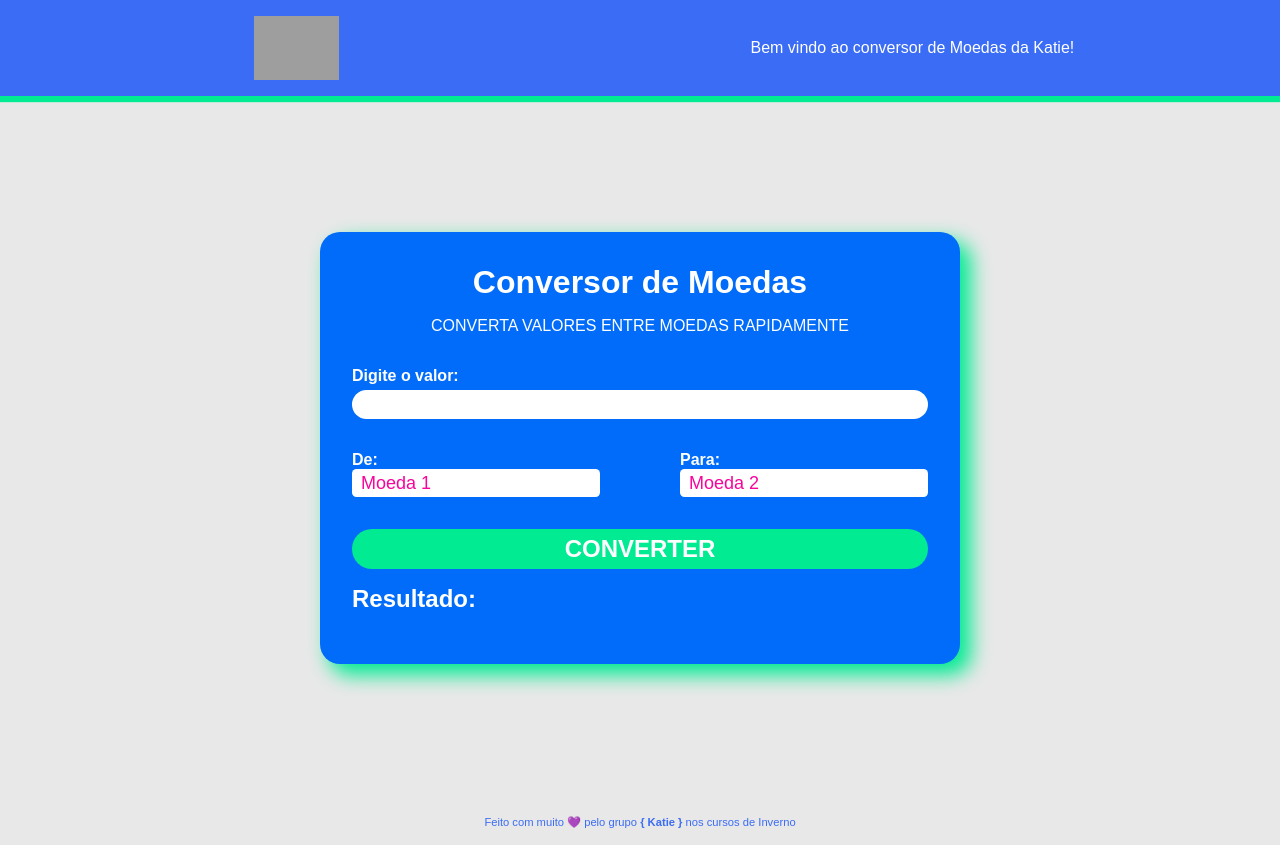
Repository: willamesalmeida/Conversor-de-Moedas
Page: index.html
An editor plug-in stored every save of this project. The page is shown before and after the next save, followed by the edit.
The browser window is 1280 px wide. The pictures show the whole page.
Pictures or frames that could not be fetched are drawn as grey boxes.

Above is the page before, as saved 2022-08-07 16:01:40.

### index.html
<!DOCTYPE html>
<html lang="pt-br">
<head>
    <meta charset="UTF-8" />
    <meta name="viewport" content="width=device-width, initial-scale=1.0">
    <link rel="stylesheet" href="./global.css">
    <link rel="stylesheet" href="./styles.css">
    <title>Conversor de moedas KATIE</title>
</head>
<body>
    <script src="script.js"></script>

    <header class="cabecalho">
        <img class="gif-katie" src="https://ic.ufal.br/extensao/katie/resources/logoanim.gif"/>
        <p class="saudacao">Bem vindo ao conversor de Moedas da Katie!</p>
    </header>
    <main class="container">
        <section class="card">
            <header>
                <h2 class="titulo">Conversor de Moedas</h2>
                CONVERTA VALORES ENTRE MOEDAS RAPIDAMENTE
            </header>

            <section class="valor">
                <label>Digite o valor:</label>
                <input type="number" id="valor_inicial">
            </section>

            <section class="conversao">
                <div  class="converter-de">
                    <label>De:</label>
                    <select name="moedasde" id="moedasde">
                        <option value="de">Moeda 1</option>
                        <option value="USD">Dolar</option>
                        <option value="BRL">Real</option>
                        <option value="EUR">Euro</option>
                      </select>
                </div>

                <div class="converter-para">
                    <label>Para:</label>
                    <select name="moedaspara" id="moedaspara">
                        <option value="para">Moeda 2</option>
                        <option value="USD">Dolar</option>
                        <option value="BRL">Real</option>
                        <option value="EUR">Euro</option>
                      </select>
                </div>

            </section>
            <button type="submit" onclick="Converter()">CONVERTER</button>
            <h1>Resultado:</h1>
            <span id="resultado" class="resultado"></span>

        </section>

    </main>

    <footer>
        Feito com muito &#128156 pelo grupo <strong>{ Katie }</strong> nos cursos de Inverno
    </footer>


</body>
</html>

### global.css
@import url('https://fonts.googleapis.com/css2?family=Roboto+Flex:opsz,wght@8..144,400;8..144,500&family=Roboto:ital,wght@0,100;0,300;0,400;0,500;0,700;0,900;1,100;1,300;1,400;1,500;1,700;1,900&display=swap');
:root {
  --rosa-katie: #f8049c;
  --amarelo-katie: #fdd54f;
  --cinza-katie: #1f1f24;
  --rosa-claro: #EF5AA7;
  --branco:  #ffffff;
  --blue: #3A6CF5;
  --gray:#E8E8E8;
  --grey2: #EBEBF3;
  --red:#FF0000;
  --greendark:#007560;
  --greenlight:#27EDC4;
  --greenciano:#51EFD0;
  --azul:#006CF9;
  --greengreen:#00EB92;
}

* {
  margin: 0;
  padding: 0;
  box-sizing: border-box;
}

body {
  font-family: 'Roboto ', sans-serif;
  font-family: 'Roboto Flex ', sans-serif;
  color: #ffffff;
  background-color: var(--gray);

}

### styles.css
.cabecalho {
  background: var(--blue);
  padding: 1rem 0;
}

.gif-katie {
  margin-left: 3rem;
  height: 4rem;
}
.cabecalho{
  display: flex;
  align-items: center;
  justify-content: space-around;
  box-shadow: 1px 1px 1px 5px var(--greengreen)
}

.saudacao {
  text-align: center;

}

.container {
  padding: 2.5rem 1rem;
}

.card {
  background: var(--azul);
  width: 40rem;
  height: 27rem;
  border-radius: 20px;
  padding: 2rem;
  margin: 6rem auto;
  box-shadow: 10px 10px 20px 1px var(--greengreen)
}

header h2 {

  font-size: 2rem;
}

.titulo {
  margin-bottom: 1rem;
}

.card header {
  text-align: center;
}

.valor {
  margin: 2rem 0;
  display: flex;
  flex-direction: column;
}

label {
  font-size: 1rem;
  font-weight: bold;
  margin-bottom: 0.3rem;
}

input,
select {
  -webkit-appearance: none;
  -moz-appearance: none;
  appearance: none;
box-shadow: none;
text-overflow: "";
cursor: pointer;

  border: 0!important;
  border-radius: 2rem;
  height: 1.8rem;
  width: 100%;
  background: var(--branco);
  color: var(--rosa-katie);
  outline: none;
  font-size: 18px;

}
select{
  flex: 1;
  padding: 0 0.5em;
  border-radius: .25em;
}
select::after{
  content: '\25BC';
  position:absolute ;
}

input {
    padding: 0.8rem;
}

.conversao {
    width: 100%;
    margin: 2rem 0;
    display: flex;
    flex-direction: row;
  }

.converter-de,
.converter-para {
  width: 100%;
}

.converter-de {
  margin-right: 2.5rem;
}

.converter-para {
  margin-left: 2.5rem;
}

button {
  background: var(--greengreen);
  border: none;
  border-radius: 2rem;
  width: 100%;
  height: 2.5rem;
  cursor: pointer;
  color: var(--branco);
  font-weight: bold;
  font-size: 1.5rem;
  transition: 0.5s;
  margin-bottom: 1rem;
}

#resultado {
    font-weight: bold;
    color: var(--amarelo-katie);
    font-size: 1.5rem;
    text-align: center;
}

button:hover {
  filter: brightness(0.8);
}

footer {
    margin: 1rem 0;
    color: var(--blue);
    font-size: 0.70rem;
    text-align: center;
}

### script.js
function Converter() {
  let input = parseFloat(document.getElementById("valor_inicial").value);
  let output = document.getElementById("resultado");
  let de = document.getElementById("moedasde");
  let para = document.getElementById("moedaspara");

  console.log(de.value);

  //Reais
  if (de.value == "BRL" && para.value != "Moeda 2") {
    let valorEmReais = input;
    let valor;
    if (para.value == "BRL") {
      valor = "O valor em reais é: R$" + valorEmReais.toFixed(2);
    } else if (para.value == "EUR") {
      valor = "O valor em euros é: €" + (valorEmReais * 0.1885).toFixed(2);
    } else if (para.value == "USD") {
      valor = "O valor em dólar é: $" + (valorEmReais * 0.1917).toFixed(2);
    }
    output.innerHTML = valor;
  } else if (de.value == "EUR" && para.value != "Moeda 2") {
    let valorEmEuros = input;
    let valor;

    if (para.value == "EUR") {
      valor = "O valor em euros é: €" + valorEmEuros.toFixed(2);
    } else if (para.value == "USD") {
      valor = "O valor em dólar é: $" + (valorEmEuros * 1.0167).toFixed(2);
    } else if (para.value == "BRL") {
      valor = "O valor em reais é: R$" + (valorEmEuros * 5.303).toFixed(2);
    }
    output.innerHTML = valor;
  } else if (de.value == "USD" && para.value != "Moeda 2") {
    console.log("entrou no else is do dolar");
    let valorEmDolar = input;
    let valor;

    if (para.value == "USD") {
      valor = "O valor em dólar é: $" + valorEmDolar.toFixed(2);
    } else if (para.value == "BRL") {
      valor = "O valor em dólar é: R$" + (valorEmDolar * 5.2159).toFixed(2);
    } else if (para.value == "EUR") {
      valor = "O valor em dólar é: €" + (valorEmDolar * 0.9832).toFixed(2);
    }
    output.innerHTML = valor;
  } else {
    output.innerHTML = "";
  }
}

After the next save:
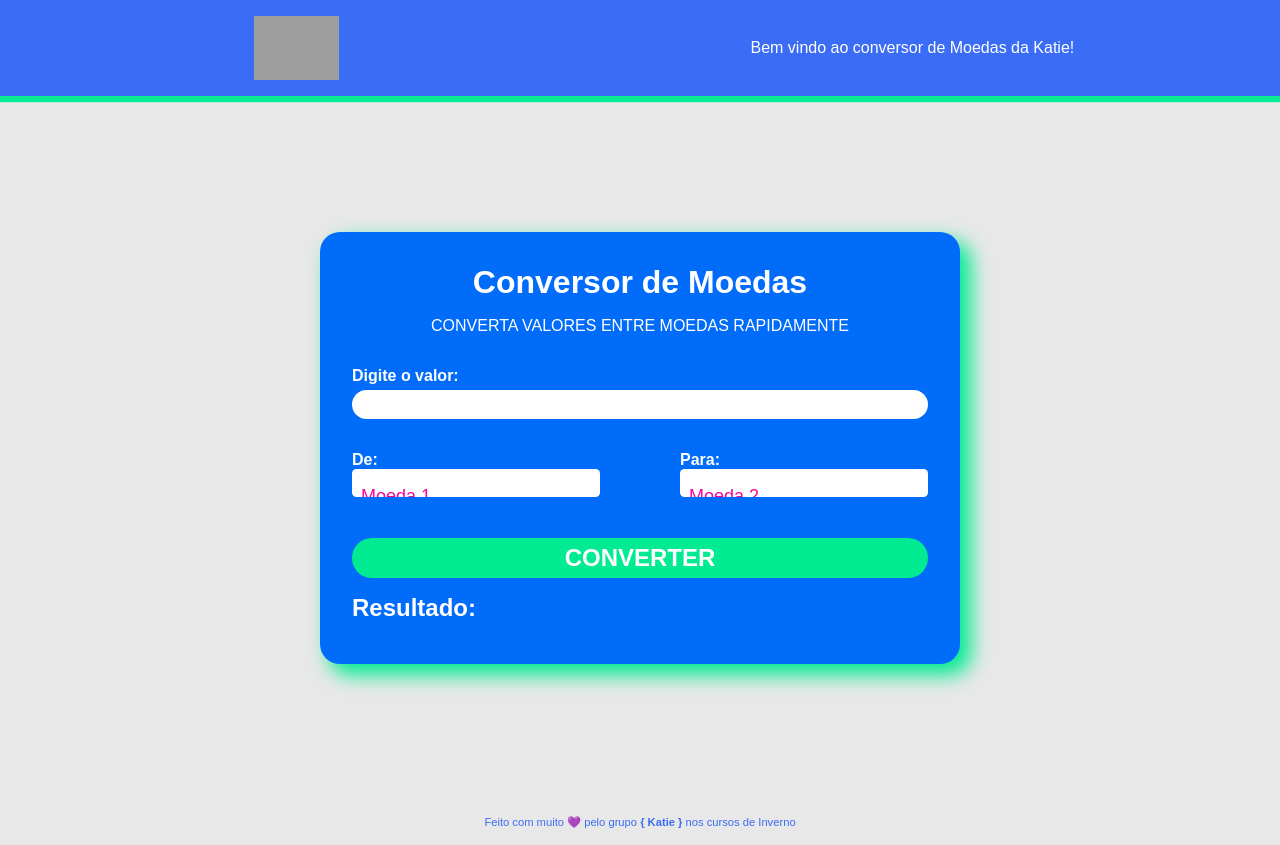
Saved 45 s later.
--- a/styles.css
+++ b/styles.css
@@ -66,6 +66,7 @@ select {
 box-shadow: none;
 text-overflow: "";
 cursor: pointer;
+line-height: 3em;
 
   border: 0!important;
   border-radius: 2rem;
